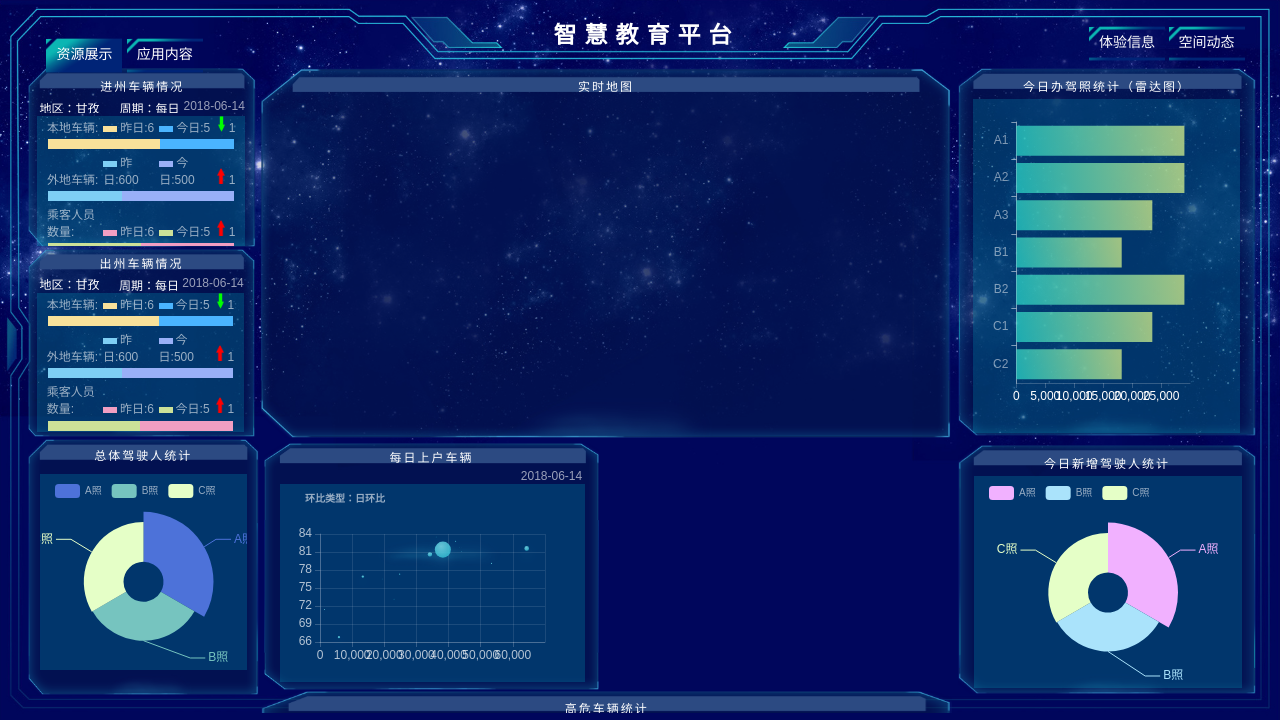
Repository: aspsaopao/bigscreen
Page: traffic.html
The author's editor kept a copy of each file at every save. The page is drawn from the files as they stood at one save, then again after the next save.
The browser window is 1280 px wide. The pictures show the whole page.

Above is the page before, as saved 2023-08-15 16:38:54.
Console error: TypeError: Cannot read properties of null (reading 'getAttribute')

### traffic.html
<!doctype html>
<meta charset="utf-8">
<title>警情警力分析</title>
<link href="css/style.css"  rel="stylesheet" type="text/css" media="all" />
<script src="js/echarts.min.js" charset="utf-8"></script>
<script src="js/jquery-3.2.0.min.js" charset="utf-8"></script>
<script src="beijing.js"></script>

<body>
<div class="wpbox">
<div class="bnt">
  <div class="topbnt_left fl">
   <ul>
      <li class="active"><a href="#">资源展示</a></li>
      <li><a href="#">应用内容</a></li>
   </ul>
  </div>
  <h1 class="tith1 fl">智慧教育平台</h1>
  <div class=" fr topbnt_right">
    <ul>
      <li><a href="#">空间动态</a></li>
       <li><a href="#">体验信息</a></li>
    </ul>
   </ul>
  </div>
</div>
<!-- bnt end -->
<div class="left1">
    <div class="aleftboxttop pt1"><h2 class="tith2">进州车辆情况</h2>
    <div class="lefttoday_tit" style=" height:8%"><p class="fl">地区：甘孜</p><p class="fm">周期：每日</p><p class="fr">2018-06-14</p></div>
      <div class="tlbox">
        <ul>
           <li>
             <p class="text"><span class="w12">本地车辆:</span><span><i class="ricon1"></i>昨日:6</span><span><i class="tricon1"></i>今日:5</span><span class="tr"><img src="img/icondown.png" height="16" /> 1</span></p>
             <p class="rwith"><span class="rwith_img" style="width:60%"></span></p>
           </li>
         <li>
           <p class="text"><span class="w12">外地车辆:</span><span><i class="ricon2"></i>昨日:600</span><span><i class="tricon2"></i>今日:500</span><span class="tr"><img src="img/iconup.png" height="16" /> 1</span></p>
           <p class="rwith bgc2"><span class="rwith_img qgc2" style="width:40%"></span></p>
         </li>
       <li>
         <p class="text"><span class="w12">乘客人员数量:</span><span><i class="ricon3"></i>昨日:6</span><span><i class="tricon3"></i>今日:5</span><span class="tr"><img src="img/iconup.png" height="16" /> 1</span></p>
         <p class="rwith bgc3"><span class="rwith_img qgc3" style="width:50%"></span></p>
       </li>
        </ul>
      </div>

    <!-- lefttoday_number end -->
    </div>
    <div class="aleftboxtmidd">
      <h2 class="tith2 pt2">出州车辆情况</h2>
      <div class="lefttoday_tit" style=" height:8%"><p class="fl">地区：甘孜</p><p class="fm">周期：每日</p><p class="fr">2018-06-14</p></div>
        <div class="tlbox">
          <ul>
             <li>
               <p class="text"><span class="w12">本地车辆:</span><span><i class="ricon1"></i>昨日:6</span><span><i class="tricon1"></i>今日:5</span><span class="tr"><img src="img/icondown.png" height="16" /> 1</span></p>
               <p class="rwith"><span class="rwith_img" style="width:60%"></span></p>
             </li>
           <li>
             <p class="text"><span class="w12">外地车辆:</span><span><i class="ricon2"></i>昨日:600</span><span><i class="tricon2"></i>今日:500</span><span class="tr"><img src="img/iconup.png" height="16" /> 1</span></p>
             <p class="rwith bgc2"><span class="rwith_img qgc2" style="width:40%"></span></p>
           </li>
         <li>
           <p class="text"><span class="w12">乘客人员数量:</span><span><i class="ricon3"></i>昨日:6</span><span><i class="tricon3"></i>今日:5</span><span class="tr"><img src="img/iconup.png" height="16" /> 1</span></p>
           <p class="rwith bgc3"><span class="rwith_img qgc3" style="width:50%"></span></p>
         </li>
          </ul>
        </div>
  </div>
  <div class="aleftboxtbott">
    <h2 class="tith2">总体驾驶人统计</h2>
        <!-- <div class="lefttoday_tit height"><p class="fl">状态：已调节.æl,kmo</p><p class="fr">时间段：2018-06-10 至 2018-06-14</p></div> -->
    <div id="aleftboxtmidd" class="aleftboxtbott_cont2" ></div>
</div>
</div>
<!--  left1 end -->
<div class="mrbox">
      <div class="mrbox_topmidd" style="width: 69%;">
          <div class="amiddboxttop">
              <h2 class="tith2 pt1">实时地图</h2>
                <div class="hot_map" id="topmap"   >

                </div>
            </div>
            <!--  amiddboxttop end-->
                <div class="amidd_bott">
                  <div class="amiddboxtbott1 fl" >
                    <h2 class="tith2 pt1">每日上户车辆</h2>
                      <div class="lefttoday_tit"><p class="fr">2018-06-14</p></div>
                    <div id="amiddboxtbott1" class="amiddboxtbott1content2" ></div>
                  </div>

                <div class="amiddboxtbott2 fl"><h2 class="tith2 pt1">高危车辆统计</h2>
                    <div id="arightboxbott" class="amiddboxtbott2content"></div>
                </div>
            </div>
            <!-- amidd_bott end -->
          </div>
        <!-- mrbox_top end -->
        <div class="mrbox_top_right">
          <div class="arightboxtop"><h2 class="tith2">今日办驾照统计（雷达图）</h2>
            <div id="aleftboxtbott"  class="aleftboxtbott_contr"></div>
          </div>
            <div class="arightboxbott"><h2 class="tith2 ">今日新增驾驶人统计</h2>

              <div id="aleftboxtmiddr" class="arightboxbottcont2"></div>
            </div>
        </div>
        <!-- mrbox_top_right end -->
      </div>

    </div>
</div>

<script type="text/javascript">
var myChart = echarts.init(document.getElementById('aleftboxtmidd'));
option = {
color:['#4d72d9','#76c4bf','#e5ffc7'],
backgroundColor: 'rgba(1,202,217,.2)',
grid: {
				left:60,
				right:60,
				top:20,
				bottom:0,
        containLabel: true
			},
        legend: {
            left: 10,
            top: 5,
            textStyle:{
              fontSize:10,
              color:'rgba(255,255,255,.6)'
            },
            data: ['A照','B照','C照']
        },
        calculable : true,
        series : [

            {
                name:'面积模式',
                type:'pie',
                radius : [20, 70],
                center : ['50%', '55%'],
                roseType : 'area',
                data:[
                    {value:187650, name:'A照'},
                    {value:145896, name:'B照'},
                    {value:148920, name:'C照'},

                ]
            }
        ]
    };
myChart.setOption(option);
</script>
<script type="text/javascript">
var myChart = echarts.init(document.getElementById('aleftboxtmiddr'));
option = {
color:['#f1b1ff','#aae3fb','#e5ffc7'],
  backgroundColor: 'rgba(1,202,217,.2)',
  grid: {
						left:60,
						right:60,
						top:20,
						bottom:0,
            containLabel: true
					},
            legend: {
                left: 10,
                top: 5,
                textStyle:{
                  fontSize:10,
                  color:'rgba(255,255,255,.6)'
                },
                data: ['A照','B照','C照']
            },
            calculable : true,
            series : [

                {
                    name:'面积模式',
                    type:'pie',
                    radius : [20, 70],
                    center : ['50%', '55%'],
                    roseType : 'area',
                    data:[
                        {value:187650, name:'A照'},
                        {value:145896, name:'B照'},
                        {value:148920, name:'C照'},

                    ]
                }
            ]
        };
myChart.setOption(option);
</script>
<script type="text/javascript">
var myChart = echarts.init(document.getElementById('aleftboxtbott'));
option = {
color:['#7ecef4'],
  backgroundColor: 'rgba(1,202,217,.2)',
  grid: {
						left:20,
						right:50,
						top:23,
						bottom:30,
            containLabel: true
					},

        xAxis: {
            type: 'value',
            axisLine:{
             lineStyle:{
               color:'rgba(255,255,255,.2)'
             }
           },
           splitLine:{
             lineStyle:{
               color:'rgba(255,255,255,0)'
             }
           },
           axisLabel:{
               color:"rgba(255,255,255,1)"
           },
           data: ['1000','5000','10000','15000','20000','25000'],
            boundaryGap: [0, 0.01]
        },
        yAxis: {
            type: 'category',
            axisLine:{
             lineStyle:{
               color:'rgba(255,255,255,.5)'
             }
           },
           splitLine:{
             lineStyle:{
               color:'rgba(255,255,255,.1)'
             }
           },
           axisLabel:{
               color:"rgba(255,255,255,.5)"
           },
            data: ['C2','C1','B2','B1','A3','A2','A1']
        },
        series: [
            {
                name: '2011年',
                type: 'bar',
                barWidth :30,
                itemStyle: {
                    normal: {
                        color: new echarts.graphic.LinearGradient(
                            1, 0, 0, 1,
                            [
                                {offset: 0, color: 'rgba(230,253,139,.7)'},
                                {offset: 1, color: 'rgba(41,220,205,.7)'}
                            ]
                        )
                    }
                },
                data: [18203, 23489, 29034,18203, 23489, 29034, 29034]
            }
        ]
    };
myChart.setOption(option);
</script>
<script type="text/javascript">
  var myChart = echarts.init(document.getElementById('amiddboxtbott1'));
  var data = [
      [[28604,77,17099,'Australia',1990],[31163,77.4,2440,'Canada',1990],[1516,68,1605773,'China',1990],[13670,74.7,10082,'Cuba',1990],[28599,75,49805,'Finland',1990],[29476,77.1,569499,'France',1990],[31476,75.4,789237,'Germany',1990],[28666,78.1,254830,'Iceland',1990],[1777,57.7,870776,'India',1990],[29550,79.1,129285,'Japan',1990],[2076,67.9,201954,'North Korea',1990],[12087,72,42954,'South Korea',1990],[24021,75.4,33934,'New Zealand',1990],[43296,76.8,4240375,'Norway',1990],[10088,70.8,381958,'Poland',1990],[19349,69.6,1475652,'Russia',1990],[10670,67.3,53905,'Turkey',1990],[26424,75.7,57117,'United Kingdom',1990],[37062,75.4,252810,'United States',1990]],
      [[44056,81.8,23973,'Australia',2015],[43294,81.7,35927,'Canada',2015],[13334,76.9,1376043,'China',2015],[21291,78.5,11562,'Cuba',2015],[38923,80.8,55057,'Finland',2015],[37599,81.9,64345,'France',2015],[44053,81.1,80545,'Germany',2015],[42182,82.8,329425,'Iceland',2015],[5903,66.8,1311027,'India',2015],[36162,83.5,126571,'Japan',2015],[1390,71.4,251317,'North Korea',2015],[34644,80.7,503439,'South Korea',2015],[34186,80.6,4528526,'New Zealand',2015],[64304,81.6,5210967,'Norway',2015],[24787,77.3,386194,'Poland',2015],[23038,73.13,143918,'Russia',2015],[19360,76.5,78630,'Turkey',2015],[38225,81.4,64715810,'United Kingdom',2015],[53354,79.1,321771,'United States',2015]]
  ];

  option = {
      backgroundColor: 'rgba(1,202,217,.2)',
      grid: {
        left:40,
        right:40,
        top:50,
        bottom:40
							},
      title: {
        top: 5,
        left:20,
          textStyle:{
            fontSize:10,
            color:'rgba(255,255,255,.6)'
          },
          text: '环比类型：日环比'
      },
      // legend: {
      //     right: 10,
      //     top: 5,
      //     textStyle:{
      //       fontSize:10,
      //       color:'rgba(255,255,255,.6)'
      //     },
      //     data: ['1990', '2015']
      // },
      xAxis: {
        axisLine:{
          lineStyle:{
            color:'rgba(255,255,255,.2)'
          }
        },
        splitLine:{
          lineStyle:{
            color:'rgba(255,255,255,.1)'
          }
        },
        axisLabel:{
            color:"rgba(255,255,255,.7)"
        }
      },
      yAxis: {
        axisLine:{
          lineStyle:{
            color:'rgba(255,255,255,.2)'
          }
        },
        splitLine:{
          lineStyle:{
            color:'rgba(255,255,255,.1)'
          }
        },
        axisLabel:{
            color:"rgba(255,255,255,.7)"
        },
          scale: true
      },
      series: [ {
          name: '2015',
          data: data[1],
          type: 'scatter',
          symbolSize: function (data) {
              return Math.sqrt(data[2]) / 5e2;
          },
          label: {
              emphasis: {
                  show: true,
                  formatter: function (param) {
                      return param.data[3];
                  },
                  position: 'top'
              }
          },
          itemStyle: {
              normal: {
                  shadowBlur: 10,
                  shadowColor: 'rgba(25, 100, 150, 0.5)',
                  shadowOffsetY: 5,
                  color: new echarts.graphic.RadialGradient(0.4, 0.3, 1, [{
                      offset: 0,
                      color: 'rgb(129, 227, 238)'
                  }, {
                      offset: 1,
                      color: 'rgb(25, 183, 207)'
                  }])
              }
          }
      }]
  };
  myChart.setOption(option);
</script>

<script type="text/javascript">
  var myChart = echarts.init(document.getElementById('amiddboxtbott2'));
  option = {
      backgroundColor: 'rgba(1,202,217,.2)',
      grid: {
								left:60,
								right:60,
								top:50,
								bottom:40
							},

toolbox: {
    feature: {
        dataView: {show: true, readOnly: false},
        magicType: {show: true, type: ['line', 'bar']},
        restore: {show: true},
        saveAsImage: {show: true}
    }
},
legend: {
  top:10,
  textStyle:{
    fontSize: 10,
    color:'rgba(255,255,255,.7)'
  },
    data:['2017年','2018年','同比增速']
},
xAxis: [
    {
        type: 'category',
        axisLine:{
					lineStyle:{
						color:'rgba(255,255,255,.2)'
					}
				},
				splitLine:{
					lineStyle:{
						color:'rgba(255,255,255,.1)'
					}
				},
				axisLabel:{
						color:"rgba(255,255,255,.7)"
				},

        data: ['1','2','3','4','5','6','7','8','9','10','11','12'],
        axisPointer: {
            type: 'shadow'
        }
    }
],
yAxis: [
    {
        type: 'value',
        name: '',
        min: 0,
        max: 250,
        interval: 50,
        axisLine:{
					lineStyle:{
						color:'rgba(255,255,255,.3)'
					}
				},
				splitLine:{
					lineStyle:{
						color:'rgba(255,255,255,.01)'
					}
				},

        axisLabel: {
            formatter: '{value} ml'
        }
    },
    {
        type: 'value',
        name: '',
        max: 25,
        interval: 5,
        axisLine:{
					lineStyle:{
						color:'rgba(255,255,255,.3)'
					}
				},
				splitLine:{
					lineStyle:{
						color:'rgba(255,255,255,.1)'
					}
				},
        axisLabel: {
            formatter: '{value} °C'
        }
    }
],
series: [

    {
        name:'2017年',
        type:'bar',
        itemStyle: {
                        normal: {
                            color: new echarts.graphic.LinearGradient(
                                0, 0, 0, 1,
                                [
                                    {offset: 0, color: '#b266ff'},
                                    {offset: 1, color: '#121b87'}
                                ]
                            )
                        }
                    },
        data:[2.0, 4.9, 7.0, 23.2, 25.6, 76.7, 135.6, 162.2, 32.6, 20.0, 6.4, 3.3]
    },
    {
        name:'2018年',
        type:'bar',
        itemStyle: {
                        normal: {
                            color: new echarts.graphic.LinearGradient(
                                0, 0, 0, 1,
                                [
                                    {offset: 0, color: '#00f0ff'},
                                    {offset: 1, color: '#032a72'}
                                ]
                            )
                        }
                    },
        data:[2.6, 5.9, 9.0, 26.4, 28.7, 70.7, 175.6, 182.2, 48.7, 18.8, 6.0, 2.3]
    },
    {
        name:'同比增速',
        type:'line',
        itemStyle: {
                        normal: {
                            color: new echarts.graphic.LinearGradient(
                                0, 0, 0, 1,
                                [
                                    {offset: 0, color: '#fffb34'},
                                    {offset: 1, color: '#fffb34'}
                                ]
                            )
                        }
                    },
        yAxisIndex: 1,
        data:[2.0, 2.2, 3.3, 4.5, 6.3, 10.2, 20.3, 23.4, 23.0, 16.5, 12.0, 6.2]
    }
]
};
  myChart.setOption(option);
</script>
<script type="text/javascript">
      var myChart = echarts.init(document.getElementById('arightboxbott'));
      option = {
        color:['#00ffff','#7fd7b1', '#5578cf', '#5ebbeb', '#d16ad8','#f8e19a',  '#00b7ee', '#81dabe','#5fc5ce'],
          backgroundColor: 'rgba(1,202,217,.2)',

          grid: {
              left: '5%',
              right: '8%',
              bottom: '7%',
              top:'8%',
              containLabel: true
          },
          toolbox: {
              feature: {
                  saveAsImage: {}
              }
          },
          xAxis: {
              type: 'category',
              boundaryGap: false,
              axisLine:{
                lineStyle:{
                  color:'rgba(255,255,255,.2)'
                }
              },
              splitLine:{
                lineStyle:{
                  color:'rgba(255,255,255,.1)'
                }
              },
              axisLabel:{
                  color:"rgba(255,255,255,.7)"
              },
              data: ['6-08','6-09','6-10','6-11','6-12','6-13','6-14']
          },
          yAxis: {
              type: 'value',
              axisLine:{
                lineStyle:{
                  color:'rgba(255,255,255,.2)'
                }
              },
              splitLine:{
                lineStyle:{
                  color:'rgba(255,255,255,.1)'
                }
              },
              axisLabel:{
                  color:"rgba(255,255,255,.7)"
              },
          },
          series: [
              {
                  name:'2014年',
                  type:'line',
                  stack: '总量',
                    areaStyle: {normal: {}},
                  data:[120, 132, 101, 134, 90, 230, 210]
              }

          ]
          };
      myChart.setOption(option);
  </script>
  <script type="text/javascript">
        var myChart = echarts.init(document.getElementById('arightboxbott'));
        option = {
          color:['#00ffff','#7fd7b1', '#5578cf', '#5ebbeb', '#d16ad8','#f8e19a',  '#00b7ee', '#81dabe','#5fc5ce'],
            backgroundColor: 'rgba(1,202,217,.2)',

            grid: {
                left: '5%',
                right: '8%',
                bottom: '7%',
                top:'8%',
                containLabel: true
            },
            toolbox: {
                feature: {
                    saveAsImage: {}
                }
            },
            xAxis: {
                type: 'category',
                boundaryGap: false,
                axisLine:{
                  lineStyle:{
                    color:'rgba(255,255,255,.2)'
                  }
                },
                splitLine:{
                  lineStyle:{
                    color:'rgba(255,255,255,.1)'
                  }
                },
                axisLabel:{
                    color:"rgba(255,255,255,.7)"
                },
                data: ['6-08','6-09','6-10','6-11','6-12','6-13','6-14']
            },
            yAxis: {
                type: 'value',
                axisLine:{
                  lineStyle:{
                    color:'rgba(255,255,255,.2)'
                  }
                },
                splitLine:{
                  lineStyle:{
                    color:'rgba(255,255,255,.1)'
                  }
                },
                axisLabel:{
                    color:"rgba(255,255,255,.7)"
                },
            },
            series: [
                {
                    name:'2014年',
                    type:'line',
                    stack: '总量',
                      areaStyle: {normal: {}},
                    data:[120, 132, 101, 134, 90, 230, 210]
                }

            ]
            };
        myChart.setOption(option);
    </script>

    <script type="text/javascript">
    $(function(){
        //使用echarts.init()方法初始化一个Echarts实例，在init方法中传入echarts map的容器 dom对象
	var mapChart = echarts.init(document.getElementById('topmap'));
	// mapChart的配置
	var option = {
		tooltip: {
	            trigger: 'item',
	            formatter: '{b}<br/>{c} (个)'
    		},
    		toolbox: {
	           show: true,
	           orient: 'vertical',
	           left: 'right',
	           top: 'center',
	           feature: {
	               dataView: {readOnly: false},
	               restore: {},
	               saveAsImage: {}
	           }
    		},
    		visualMap: {
		            min: 0,
		            max: 2000,
		            text:['高','低'],
		            realtime: false,
		            calculable: true,
		            inRange: {
		                color: ['lightskyblue','yellow', 'orangered']
		            }
   			},
    		series:[
    			{
    				name: '北京各区',
           	 		type: 'map',//type必须声明为 map 说明该图标为echarts 中map类型
           	 		map: '北京', //这里需要特别注意。如果是中国地图，map值为china，如果为各省市则为中文。这里用北京
           	 		aspectScale: 0.75, //长宽比. default: 0.75
           	 		zoom: 1.2,
           	 		//roam: true,
	                itemStyle:{
	                    normal:{label:{show:true}},
	                    emphasis:{label:{show:true}}
	                },
        			data: [
        				{name:'东城区', value: 1800},
        				{name:'西城区', value: 1700},
        				{name:'朝阳区', value: 1600},
        				{name:'丰台区', value: 1400},
        				{name:'石景山区', value: 1200},
        				{name:'海淀区', value: 1000},
        				{name:'门头沟区', value: 800},
        				{name:'房山区', value: 600},
        				{name:'通州区', value: 400},
        				{name:'顺义区', value: 200},
        				{name:'昌平区', value: 100},
        				{name:'大兴区', value: 300},
        				{name:'怀柔区', value: 500},
        				{name:'平谷区', value: 700},
        				{name:'密云县', value: 900},
        				{name:'延庆县', value: 1100}

        			]
    			}
    		]
	};
        //设置图表的配置项
        mapChart.setOption(option);

});




    </script>


</body>
</html>

Loaded but not shown: js/echarts.min.js (library); js/jquery-3.2.0.min.js (library); beijing.js (library); css/style.css (312 lines, source omitted)

After the next save:
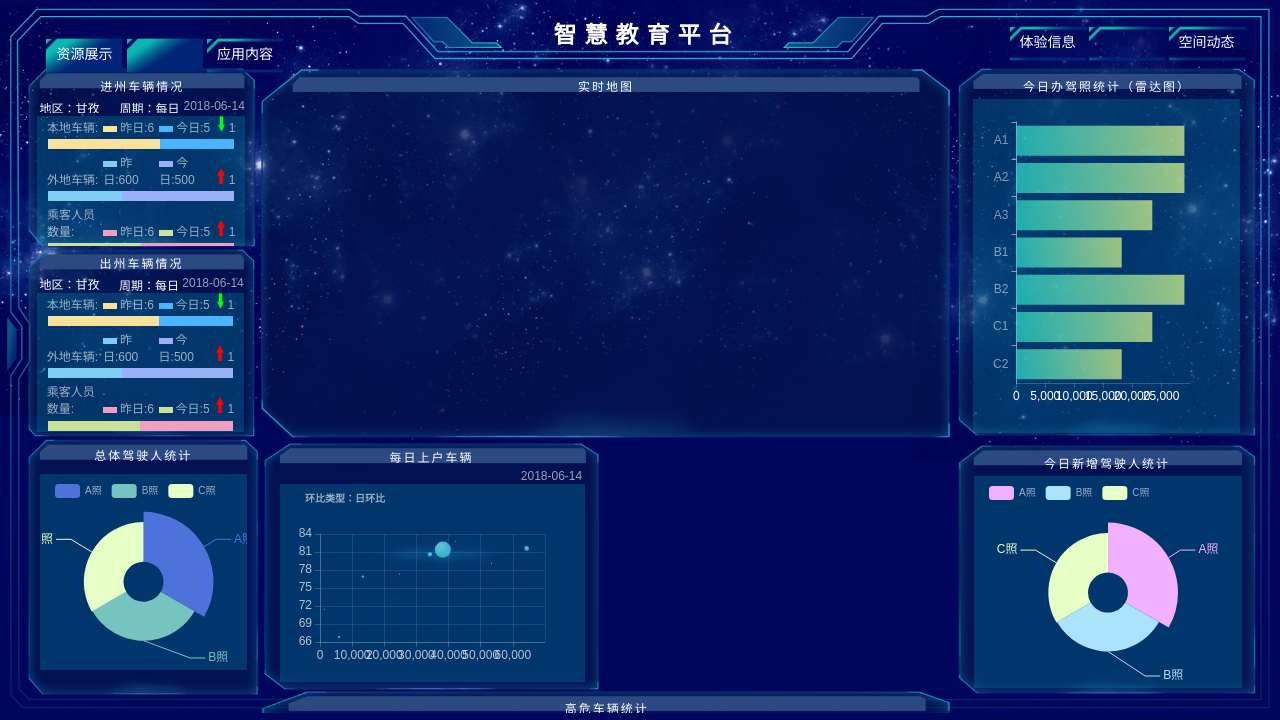
Saved 32 s later.
--- a/traffic.html
+++ b/traffic.html
@@ -12,6 +12,7 @@
   <div class="topbnt_left fl">
    <ul>
       <li class="active"><a href="#">资源展示</a></li>
+      <li class="active"><a href="#"></a></li>
       <li><a href="#">应用内容</a></li>
    </ul>
   </div>
@@ -19,6 +20,7 @@
   <div class=" fr topbnt_right">
     <ul>
       <li><a href="#">空间动态</a></li>
+      <li><a href="#"></a></li>
        <li><a href="#">体验信息</a></li>
     </ul>
    </ul>
